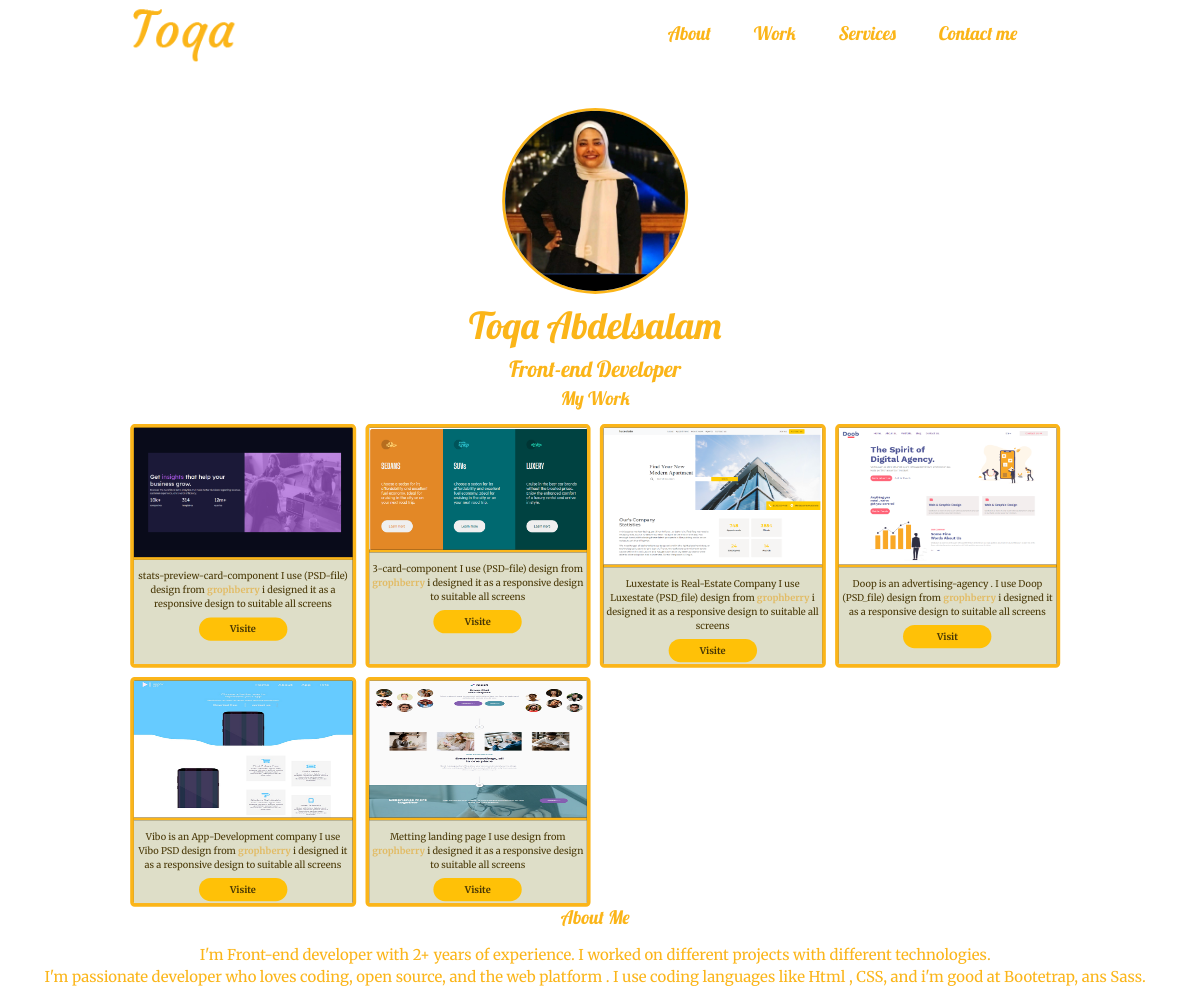
Repository: Toqa-25/portfolio
Page: index.html
These files come from the project's save history. The page is drawn as it stood at one moment and after the next save; the edit follows.
The browser window is 1280 px wide. The pictures show the whole page, at 93% of full size.
Some web fonts or font styles are not loaded; a fallback is used.

Above is the page before, as saved 2021-10-31 15:51:53.

After the next save:
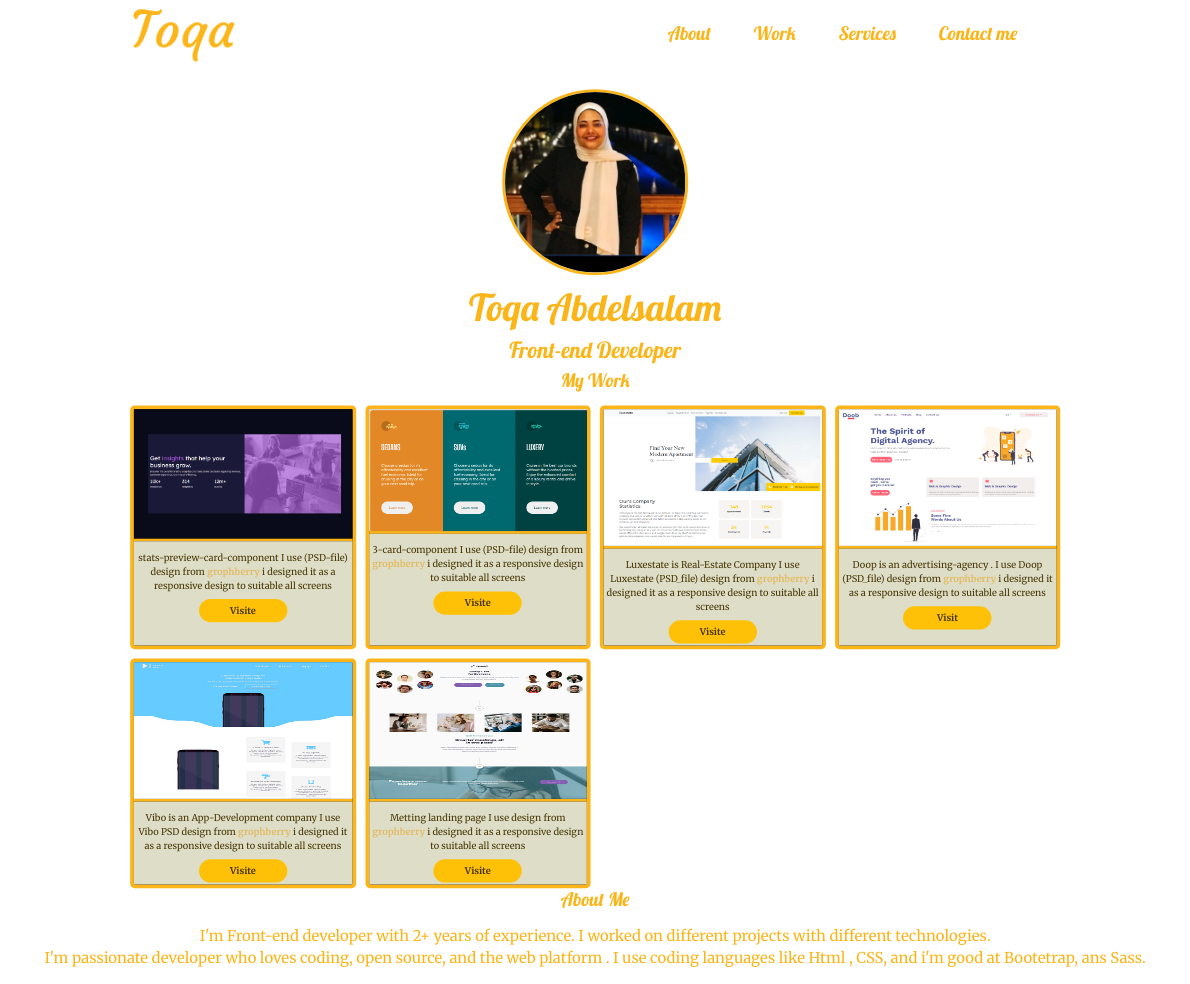
Saved 10 s later.
--- a/css/style.css
+++ b/css/style.css
@@ -4,7 +4,7 @@
 */
 :root{
     --main-color:#fbb519;
-    --section-padding:50px;
+    --section-padding:30px;
 }
 * , *:after , *:before{
     box-sizing: border-box;
